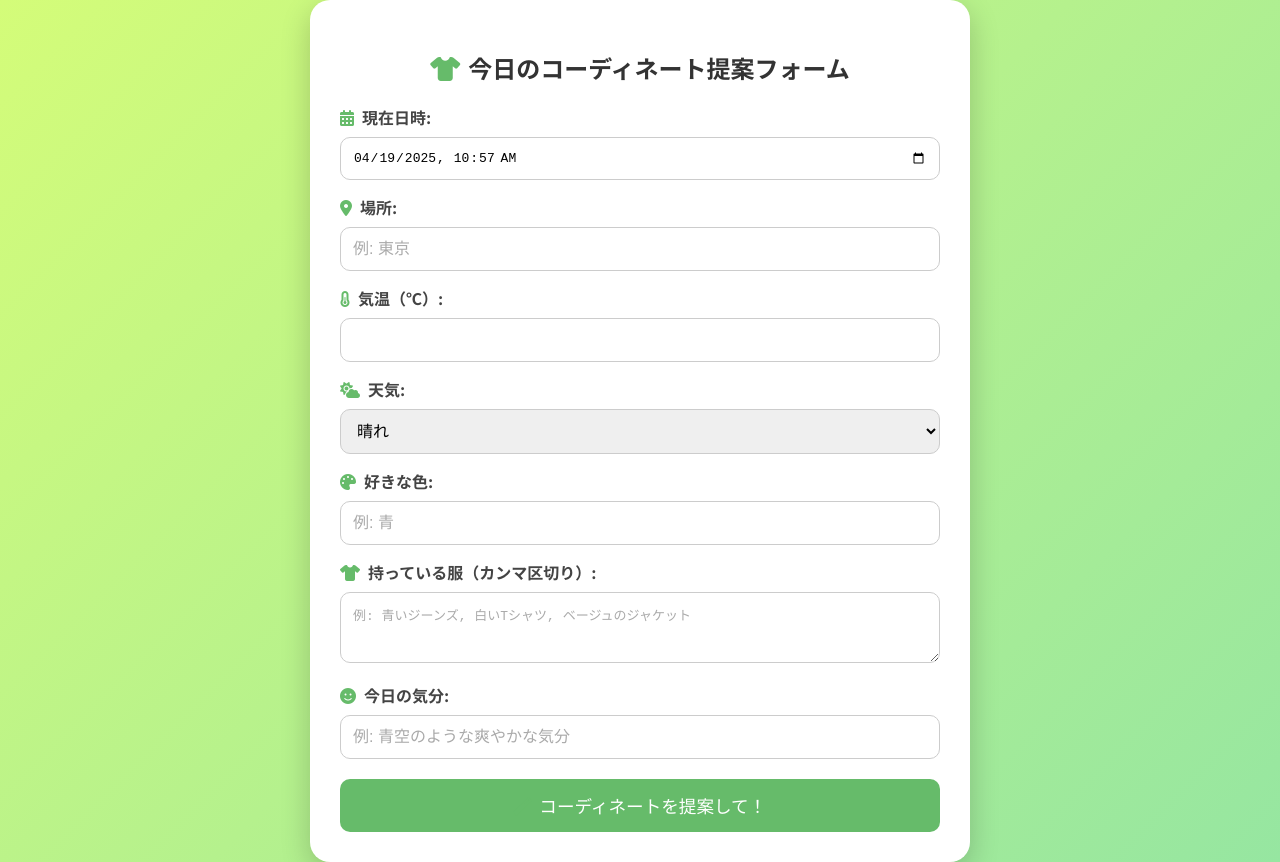
Repository: sgupge2332/cloth
Page: form copy 2.html
These files come from the project's save history. The page is drawn as it stood at one moment and after the next save; the edit follows.
The browser window is 1280 px wide. The pictures show the whole page.

Above is the page before, as saved 2025-04-19 20:35:17.

### form copy 2.html
<!DOCTYPE html>
<html lang="ja">
<head>
  <meta charset="UTF-8">
  <title>今日のコーディネート提案</title>
  <link href="https://fonts.googleapis.com/css2?family=Noto+Sans+JP:wght@400;700&display=swap" rel="stylesheet">
  <link rel="stylesheet" href="https://cdnjs.cloudflare.com/ajax/libs/font-awesome/6.5.0/css/all.min.css">
  <style>
    body {
      font-family: 'Noto Sans JP', sans-serif;
      margin: 0;
      padding: 0;
      background: linear-gradient(135deg, #d4fc79, #96e6a1);
      min-height: 100vh;
      display: flex;
      align-items: center;
      justify-content: center;
    }

    h2 {
      text-align: center;
      color: #333;
      margin-bottom: 20px;
    }

    form {
      background: white;
      padding: 30px;
      border-radius: 20px;
      box-shadow: 0 10px 30px rgba(0, 0, 0, 0.2);
      width: 100%;
      max-width: 600px;
      animation: fadeInUp 1s ease forwards;
    }

    @keyframes fadeInUp {
      from {
        transform: translateY(30px);
        opacity: 0;
      }
      to {
        transform: translateY(0);
        opacity: 1;
      }
    }

    label {
      display: block;
      margin-top: 15px;
      font-weight: bold;
      color: #444;
    }

    input, select, textarea {
      width: 100%;
      padding: 12px;
      margin-top: 8px;
      border-radius: 10px;
      border: 1px solid #ccc;
      font-size: 1em;
      box-sizing: border-box;
      transition: 0.3s;
    }

    input:focus, select:focus, textarea:focus {
      outline: none;
      border-color: #66bb6a;
      box-shadow: 0 0 8px rgba(102, 187, 106, 0.5);
    }

    button {
      margin-top: 20px;
      padding: 14px 30px;
      background: #66bb6a;
      color: white;
      font-size: 1.1em;
      border: none;
      border-radius: 10px;
      cursor: pointer;
      transition: background 0.3s ease;
      width: 100%;
    }

    button:hover {
      background: #4caf50;
    }

    .icon {
      margin-right: 8px;
      color: #66bb6a;
    }

    ::placeholder {
      color: #aaa;
    }
  </style>
</head>
<body>
  <form action="/suggest" method="post">
    <h2><i class="fas fa-tshirt icon"></i>今日のコーディネート提案フォーム</h2>

    <label for="datetime"><i class="fas fa-calendar-alt icon"></i>現在日時:</label>
    <input type="datetime-local" id="datetime" name="datetime" required>

    <label for="location"><i class="fas fa-map-marker-alt icon"></i>場所:</label>
    <input type="text" id="location" name="location" placeholder="例: 東京" required>

    <label for="temperature"><i class="fas fa-thermometer-half icon"></i>気温（℃）:</label>
    <input type="number" id="temperature" name="temperature" required>

    <label for="weather"><i class="fas fa-cloud-sun icon"></i>天気:</label>
    <select id="weather" name="weather">
      <option value="晴れ">晴れ</option>
      <option value="曇り">曇り</option>
      <option value="雨">雨</option>
      <option value="雪">雪</option>
    </select>

    <label for="favorite_color"><i class="fas fa-palette icon"></i>好きな色:</label>
    <input type="text" id="favorite_color" name="favorite_color" placeholder="例: 青">

    <label for="owned_clothes"><i class="fas fa-shirt icon"></i>持っている服（カンマ区切り）:</label>
    <textarea id="owned_clothes" name="owned_clothes" rows="3" placeholder="例: 青いジーンズ, 白いTシャツ, ベージュのジャケット"></textarea>

    <label for="mood"><i class="fas fa-smile icon"></i>今日の気分:</label>
    <input type="text" id="mood" name="mood" placeholder="例: 青空のような爽やかな気分">

    <button type="submit"><i class="fas fa-magic icon"></i>コーディネートを提案して！</button>
  </form>

  <script>
    // ページ読み込み時に現在日時をセット
    window.addEventListener('DOMContentLoaded', () => {
      const now = new Date();
      now.setMinutes(now.getMinutes() - now.getTimezoneOffset()); // タイムゾーン補正
      document.getElementById('datetime').value = now.toISOString().slice(0, 16);
    });
  </script>
</body>
</html>

After the next save:
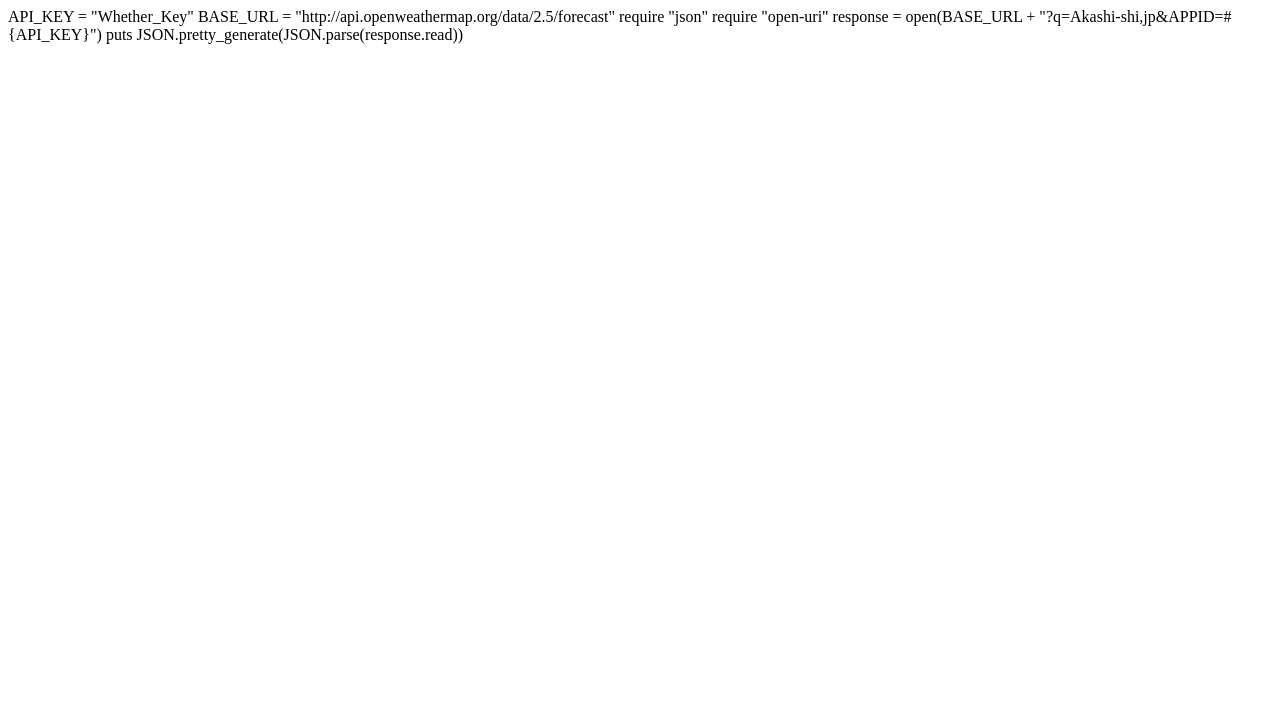
Saved 7 min 26 s later.
--- a/form copy 2.html
+++ b/form copy 2.html
@@ -1,140 +1,8 @@
-<!DOCTYPE html>
-<html lang="ja">
-<head>
-  <meta charset="UTF-8">
-  <title>今日のコーディネート提案</title>
-  <link href="https://fonts.googleapis.com/css2?family=Noto+Sans+JP:wght@400;700&display=swap" rel="stylesheet">
-  <link rel="stylesheet" href="https://cdnjs.cloudflare.com/ajax/libs/font-awesome/6.5.0/css/all.min.css">
-  <style>
-    body {
-      font-family: 'Noto Sans JP', sans-serif;
-      margin: 0;
-      padding: 0;
-      background: linear-gradient(135deg, #d4fc79, #96e6a1);
-      min-height: 100vh;
-      display: flex;
-      align-items: center;
-      justify-content: center;
-    }
+API_KEY = "Whether_Key"
+BASE_URL = "http://api.openweathermap.org/data/2.5/forecast"
 
-    h2 {
-      text-align: center;
-      color: #333;
-      margin-bottom: 20px;
-    }
+require "json"
+require "open-uri"
 
-    form {
-      background: white;
-      padding: 30px;
-      border-radius: 20px;
-      box-shadow: 0 10px 30px rgba(0, 0, 0, 0.2);
-      width: 100%;
-      max-width: 600px;
-      animation: fadeInUp 1s ease forwards;
-    }
-
-    @keyframes fadeInUp {
-      from {
-        transform: translateY(30px);
-        opacity: 0;
-      }
-      to {
-        transform: translateY(0);
-        opacity: 1;
-      }
-    }
-
-    label {
-      display: block;
-      margin-top: 15px;
-      font-weight: bold;
-      color: #444;
-    }
-
-    input, select, textarea {
-      width: 100%;
-      padding: 12px;
-      margin-top: 8px;
-      border-radius: 10px;
-      border: 1px solid #ccc;
-      font-size: 1em;
-      box-sizing: border-box;
-      transition: 0.3s;
-    }
-
-    input:focus, select:focus, textarea:focus {
-      outline: none;
-      border-color: #66bb6a;
-      box-shadow: 0 0 8px rgba(102, 187, 106, 0.5);
-    }
-
-    button {
-      margin-top: 20px;
-      padding: 14px 30px;
-      background: #66bb6a;
-      color: white;
-      font-size: 1.1em;
-      border: none;
-      border-radius: 10px;
-      cursor: pointer;
-      transition: background 0.3s ease;
-      width: 100%;
-    }
-
-    button:hover {
-      background: #4caf50;
-    }
-
-    .icon {
-      margin-right: 8px;
-      color: #66bb6a;
-    }
-
-    ::placeholder {
-      color: #aaa;
-    }
-  </style>
-</head>
-<body>
-  <form action="/suggest" method="post">
-    <h2><i class="fas fa-tshirt icon"></i>今日のコーディネート提案フォーム</h2>
-
-    <label for="datetime"><i class="fas fa-calendar-alt icon"></i>現在日時:</label>
-    <input type="datetime-local" id="datetime" name="datetime" required>
-
-    <label for="location"><i class="fas fa-map-marker-alt icon"></i>場所:</label>
-    <input type="text" id="location" name="location" placeholder="例: 東京" required>
-
-    <label for="temperature"><i class="fas fa-thermometer-half icon"></i>気温（℃）:</label>
-    <input type="number" id="temperature" name="temperature" required>
-
-    <label for="weather"><i class="fas fa-cloud-sun icon"></i>天気:</label>
-    <select id="weather" name="weather">
-      <option value="晴れ">晴れ</option>
-      <option value="曇り">曇り</option>
-      <option value="雨">雨</option>
-      <option value="雪">雪</option>
-    </select>
-
-    <label for="favorite_color"><i class="fas fa-palette icon"></i>好きな色:</label>
-    <input type="text" id="favorite_color" name="favorite_color" placeholder="例: 青">
-
-    <label for="owned_clothes"><i class="fas fa-shirt icon"></i>持っている服（カンマ区切り）:</label>
-    <textarea id="owned_clothes" name="owned_clothes" rows="3" placeholder="例: 青いジーンズ, 白いTシャツ, ベージュのジャケット"></textarea>
-
-    <label for="mood"><i class="fas fa-smile icon"></i>今日の気分:</label>
-    <input type="text" id="mood" name="mood" placeholder="例: 青空のような爽やかな気分">
-
-    <button type="submit"><i class="fas fa-magic icon"></i>コーディネートを提案して！</button>
-  </form>
-
-  <script>
-    // ページ読み込み時に現在日時をセット
-    window.addEventListener('DOMContentLoaded', () => {
-      const now = new Date();
-      now.setMinutes(now.getMinutes() - now.getTimezoneOffset()); // タイムゾーン補正
-      document.getElementById('datetime').value = now.toISOString().slice(0, 16);
-    });
-  </script>
-</body>
-</html>
+response = open(BASE_URL + "?q=Akashi-shi,jp&APPID=#{API_KEY}")
+puts JSON.pretty_generate(JSON.parse(response.read))
